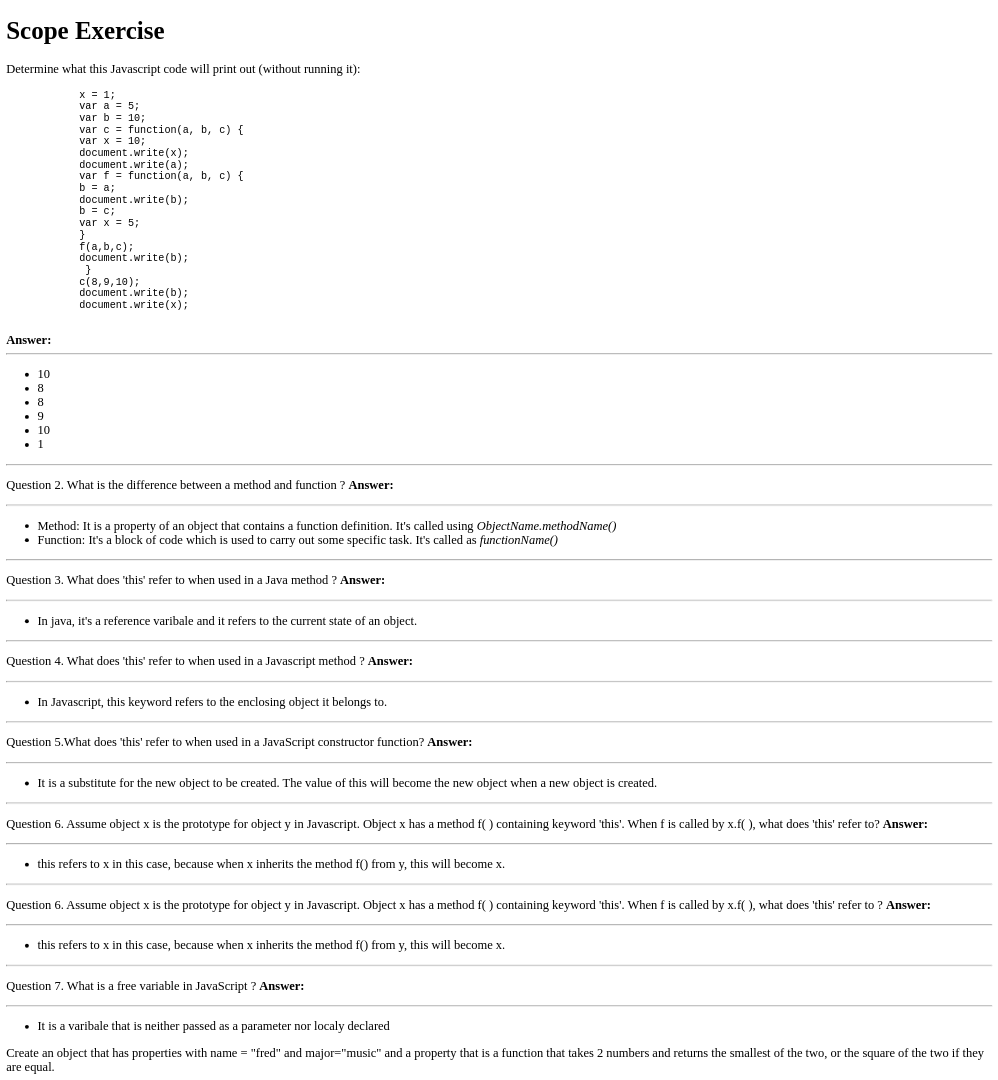
Repository: bethelbahiru/WAP
Page: Homework3/scope.html
An editor plug-in stored every save of this project. The page is shown before and after the next save, followed by the edit.
The browser window is 1280 px wide. The pictures show the whole page, at 78% of full size.

Above is the page before, as saved 2022-01-18 17:08:48.

After the next save:
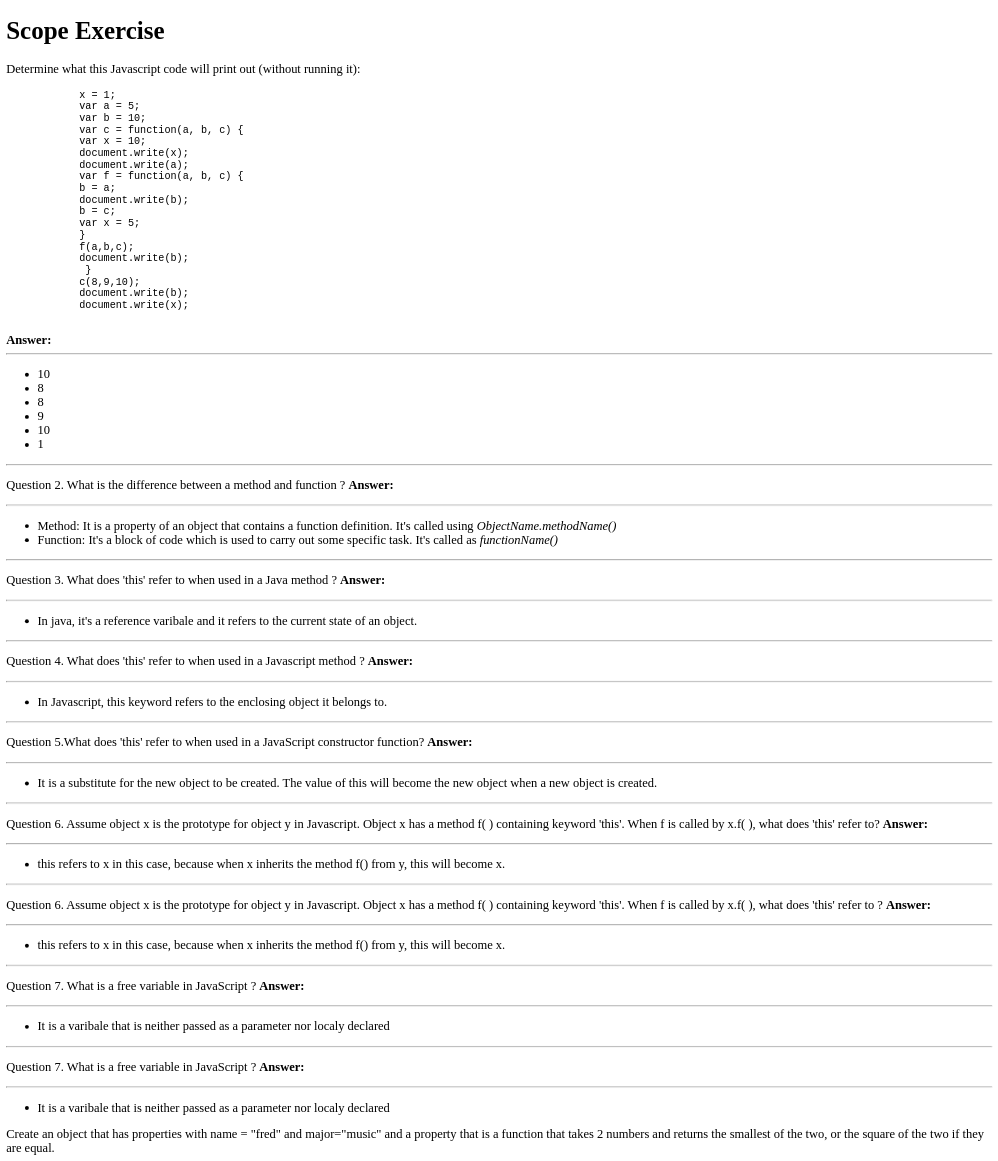
Saved 5 s later.
--- a/Homework3/scope.html
+++ b/Homework3/scope.html
@@ -102,6 +102,14 @@
             <li>It is a varibale that is neither passed as a parameter nor localy declared</li>
         </ul>
     </p>
+    <hr>
+    <p>Question 7. What is a free variable in JavaScript ?
+        <strong>Answer:</strong>
+        <hr>
+        <ul>
+            <li>It is a varibale that is neither passed as a parameter nor localy declared</li>
+        </ul>
+    </p>
 
 
 
